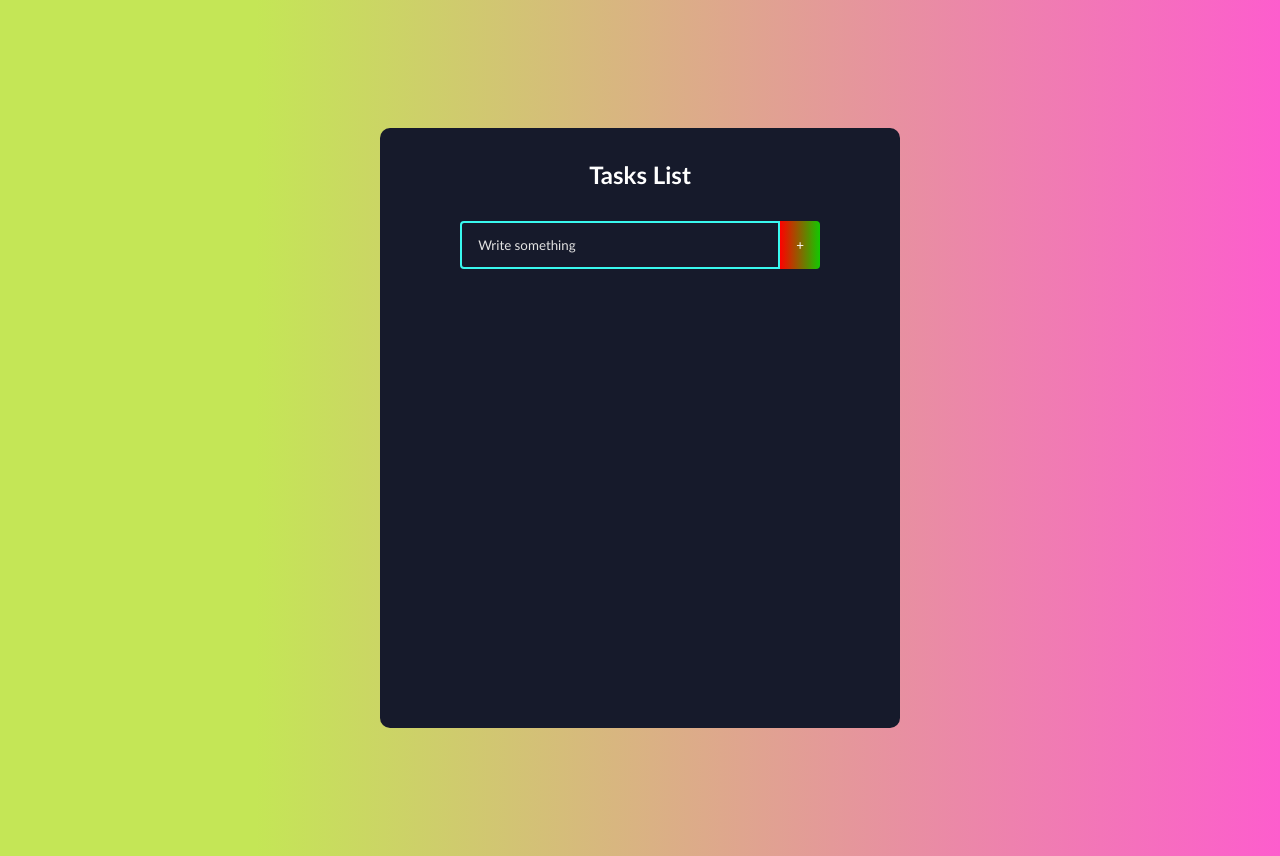
Repository: pratham0305/LGMVIP-Task-01
Page: /
An editor plug-in stored every save of this project. The page is shown before and after the next save, followed by the edit.
The browser window is 1280 px wide. The pictures show the whole page.
The project was rebuilt for these pictures with package versions that can differ from the ones it lists, and the page was loaded fresh each time. Also part of the build but not shown: src/components/Todo.js.

Above is the page before, as saved 2022-03-21 17:22:04.

After the next save:
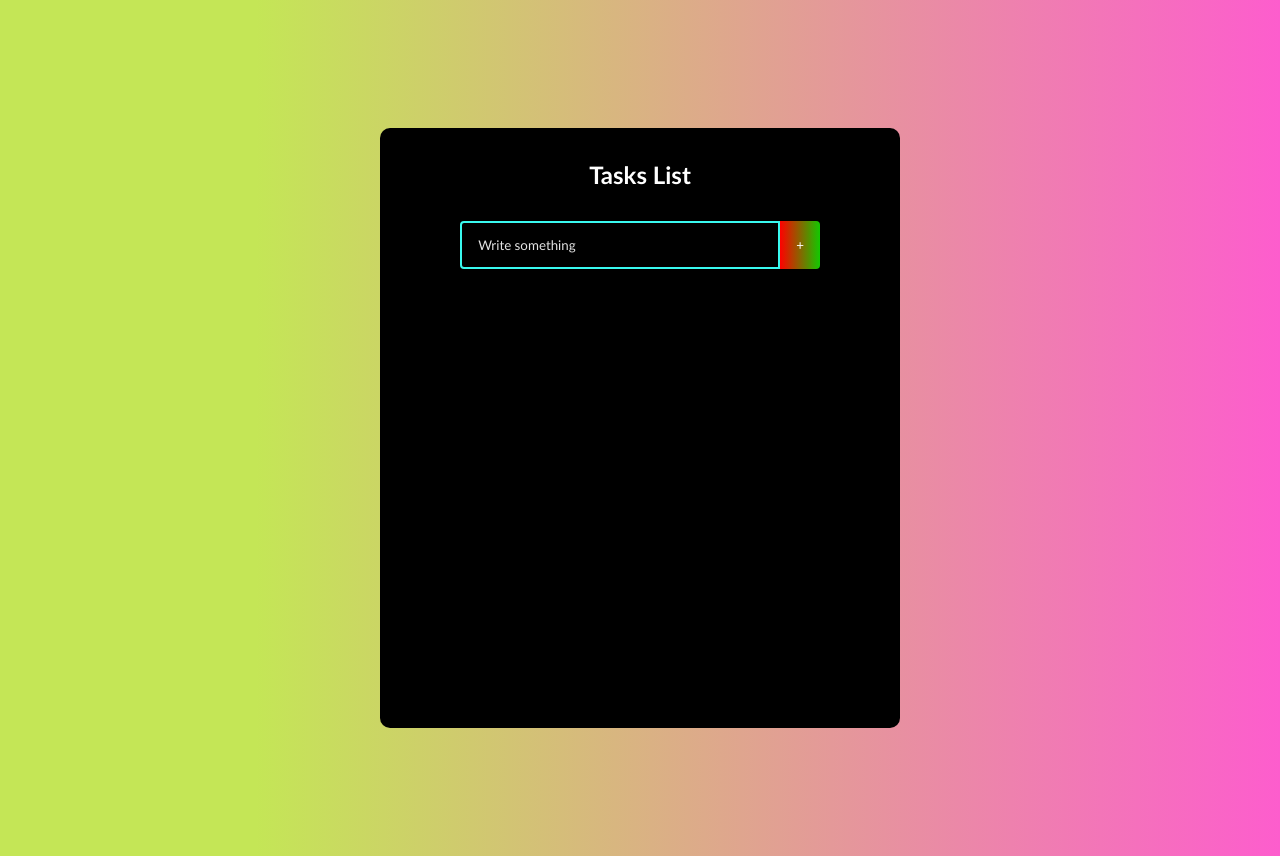
Saved 40 s later.
--- a/src/App.css
+++ b/src/App.css
@@ -19,7 +19,7 @@ body {
   justify-content: start;
   width: 520px;
   min-height: 600px;
-  background: #161a2b;
+  background: #000000;
   text-align: center;
   margin: 128px auto;
   border-radius: 10px;
